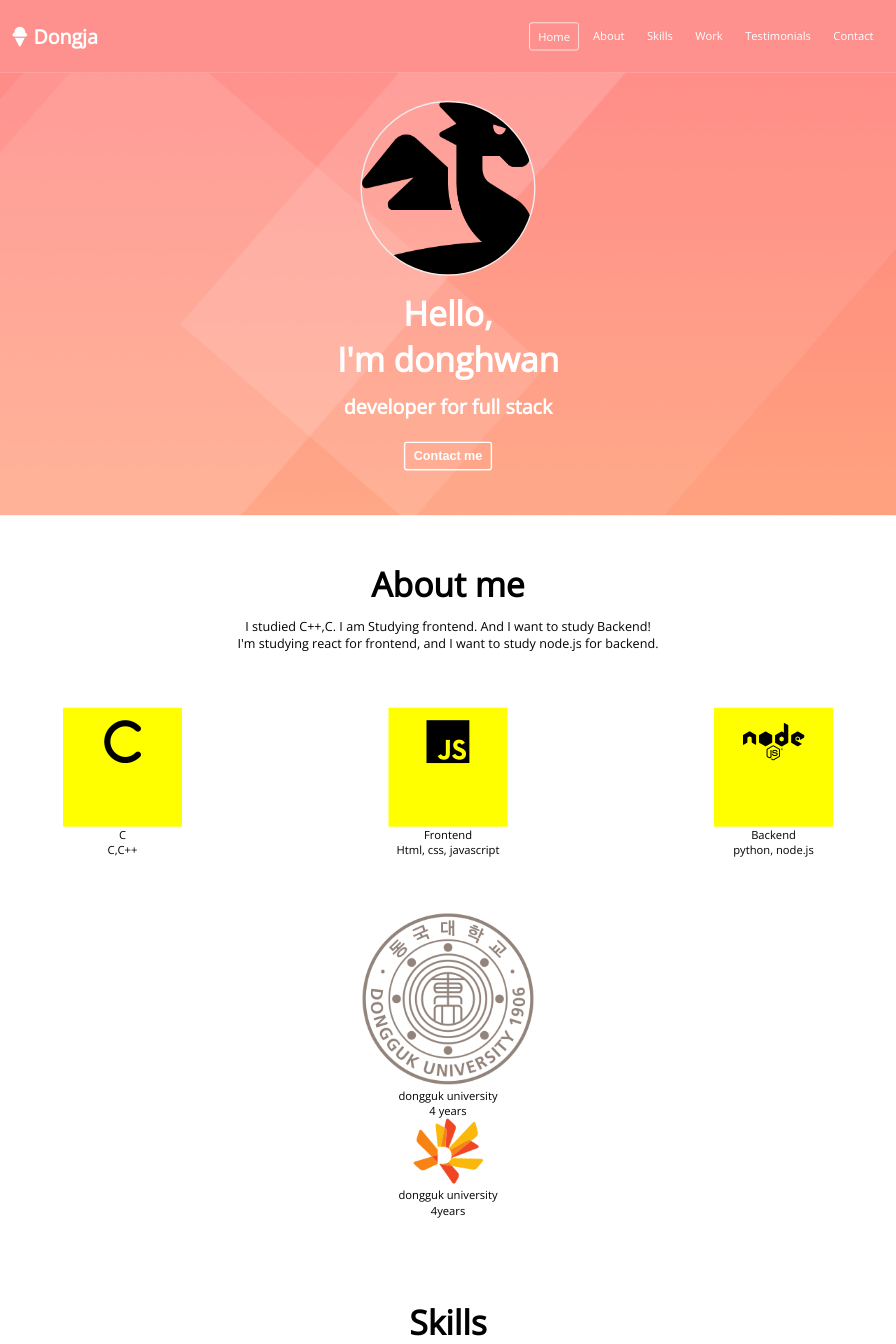
Repository: DongjaJ/portfolio
Page: index.html
The author's editor kept a copy of each file at every save. The page is drawn from the files as they stood at one save, then again after the next save.
The browser window is 1280 px wide. The pictures show the part of the page from y = 0 to 1920 px (the page is 4912 px tall), at 70% of full size.
Some web libraries are served in a nearby version.

Above is the page before, as saved 2022-05-18 22:48:24.

After the next save:
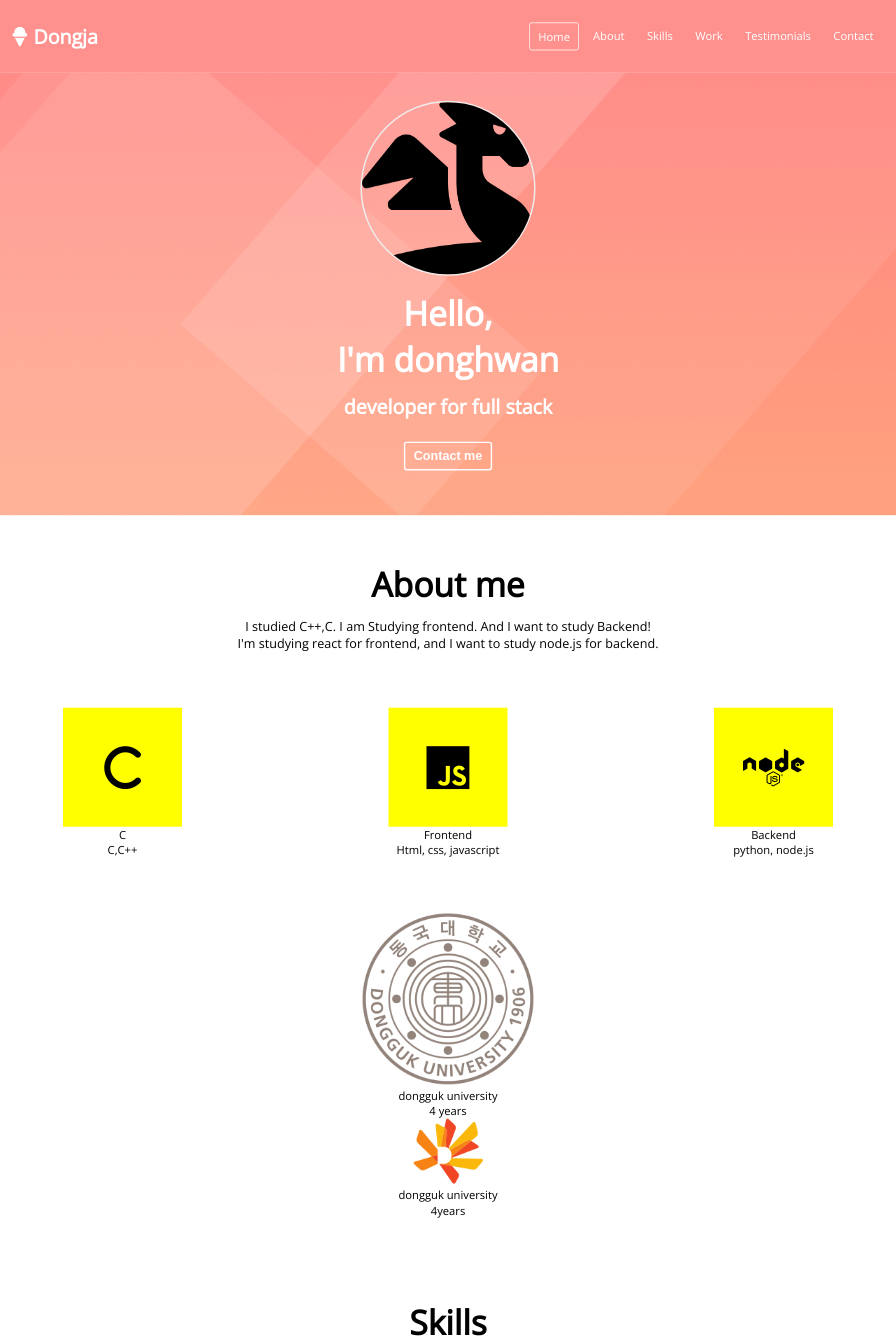
Saved 42 s later.
--- a/style.css
+++ b/style.css
@@ -169,5 +169,6 @@
 	width: 170px;
 	height: 170px;
 	font-size: 70px;
+	line-height: 170px;
 	background-color: yellow;
 }
